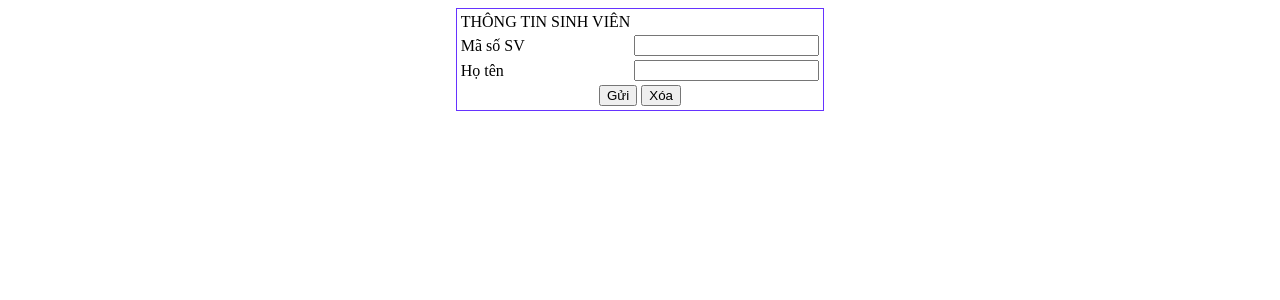
Repository: Pr-DuyTam/HTML-CSS-JS-PHP
Page: http://localhost/Bài 1 (Tạo form thông tin)/Bài tập 1(form).php
The author's editor kept a copy of each file at every save. The page is drawn from the files as they stood at one save, then again after the next save.
The browser window is 1280 px wide. The pictures show the whole page.
The page is run by PHP 8.4 with error messages shown; the project is at /var/www/html/.

Above is the page before, as saved 2023-09-02 09:35:05.

### PHP/Bài tập PHP/Bài 1 (Tạo form thông tin)/Bài tập 1(form).php
<!DOCTYPE html>
<html lang="en">
<head>
    <meta charset="UTF-8">
    <meta name="viewport" content="width=device-width, initial-scale=1.0">
    <title>Form thông tin</title>
    <style>
        table{
            border: 1px groove #6633FF;
            padding: 1px;
        }
    </style>
</head>
<body>
    <form action="" name="f" method="post">
        <table align="center">
            <tr>
                <td>THÔNG TIN SINH VIÊN</td>
            </tr>

            <tr>
                <td>Mã số SV</td>
                <td><input type="text" name="txtMSSV"></td>
            </tr>

            <tr>
                <td>Họ tên</td>
                <td><input type="text" name="txtHoTen"></td>
            </tr>

            <tr>
                <td align="center" colspan="2">
                    <input type="submit" name="btnGui" value="Gửi"/>
                    <input type="reset" name="btnXoa" value="Xóa"/>
                </td>
            </tr>
        </table>
    </form>
</body>
</html>

After the next save:
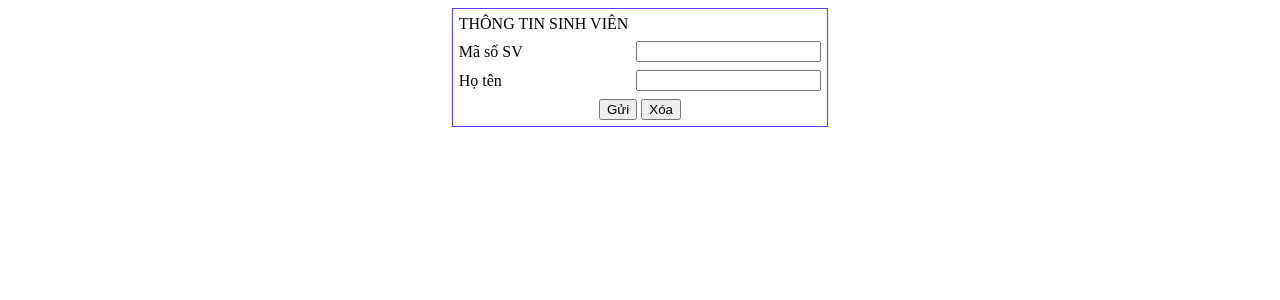
Saved 24 s later.
--- a/PHP/Bài tập PHP/Bài 1 (Tạo form thông tin)/Bài tập 1(form).php
+++ b/PHP/Bài tập PHP/Bài 1 (Tạo form thông tin)/Bài tập 1(form).php
@@ -8,6 +8,9 @@
         table{
             border: 1px groove #6633FF;
             padding: 1px;
+        }
+        th, td{
+            padding: 3px;
         }
     </style>
 </head>
